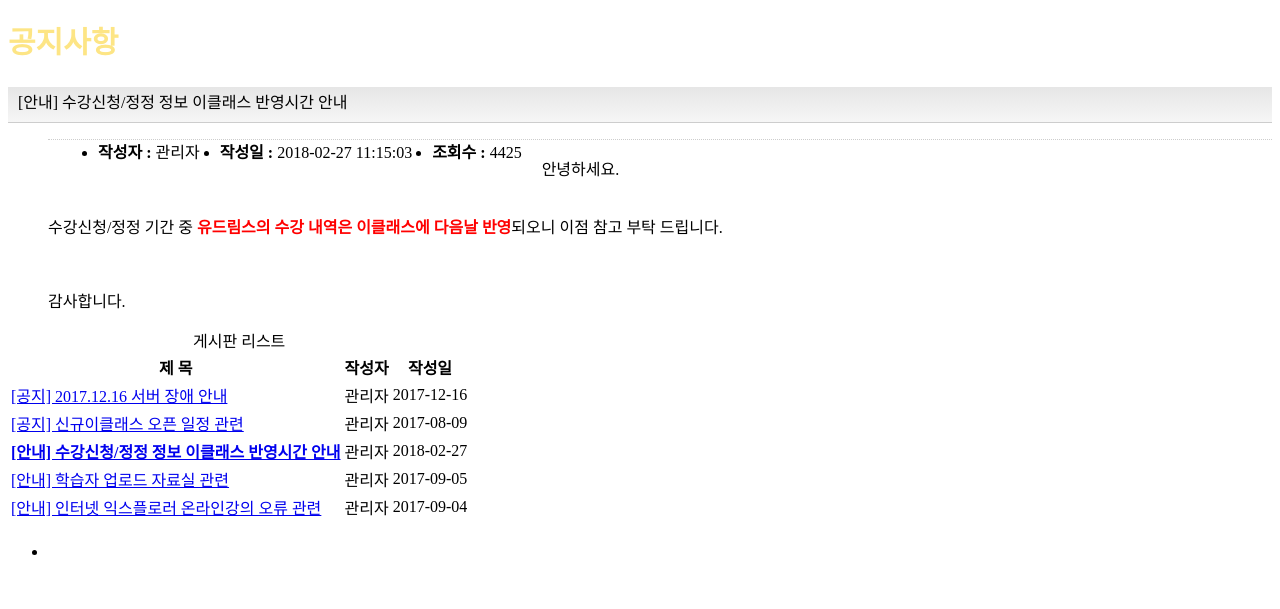
Repository: CSID-DGU/2019-1-CECD3-FFChain-2
Page: http://localhost/icip.app/WEB-INF/jsp/icip/notice/noticeView.jsp
These files come from the project's save history. The page is drawn as it stood at one moment and after the next save; the edit follows.
The browser window is 1280 px wide. The pictures show the whole page.
The page is served by Tomcat 9. Nobody is signed in. Other server files are loaded and not shown. The template is opened directly, without the code that normally fills it, so the values that code supplies are empty.

Above is the page before, as saved 2019-08-19 11:23:23.

### icip.app/src/main/webapp/WEB-INF/jsp/icip/notice/noticeView.jsp
<%@ page contentType="text/html; charset=utf-8" pageEncoding="utf-8"%>
<%@ taglib prefix="fmt" uri="http://java.sun.com/jsp/jstl/fmt"%>
<%@ taglib prefix="c" uri="http://java.sun.com/jsp/jstl/core"%>
<%@ taglib prefix="form" uri="http://www.springframework.org/tags/form"%>
<%@ taglib uri="http://java.sun.com/jsp/jstl/functions" prefix="fn"%>
<%@ taglib prefix="spring" uri="http://www.springframework.org/tags"%>
<!DOCTYPE html PUBLIC "-//W3C//DTD HTML 4.01 Transitional//EN" "http://www.w3.org/TR/html4/loose.dtd">
<html>
<head>
</head>
<style>
#listBox div.listContent > dd > ul > li
{
    float: left;
    margin-right: 20px;
}
#listBox div.listContent dd.info {
    padding: 0 10px;
    border-bottom: 1px dotted #cdcdcd;
}
#listBox div.listContent dt {
    padding: 5px 10px;
    border-bottom: 1px solid #cdcdcd;
    line-height: 22px;
    min-height: 25px;
    background: #e6e6e6;
    background: -webkit-gradient(linear, 0 0, 0 bottom, from(#e6e6e6), to(#f6f6f6));
    background: -webkit-linear-gradient(#e6e6e6, #f6f6f6);
    background: -moz-linear-gradient(#e6e6e6, #f6f6f6);
    background: -ms-linear-gradient(#e6e6e6, #f6f6f6);
    background: -o-linear-gradient(#e6e6e6, #f6f6f6);
    background: linear-gradient(#e6e6e6, #f6f6f6);
}
</style>
<body>
<div style = "padding-top: 10px; font-size:30px; padding-bottom:25px; color : #fde585; font-weight:bold " >
공지사항
</div>
<div id="listBox">
				<div class="listContent">
				<dt>
						 [안내] 수강신청/정정 정보 이클래스 반영시간 안내
				</dt>
						<dd class="info">
							<ul class="fl ml10">
							</ul>
							<ul class="fr mr10">
							<li><b>작성자 :</b> <span id="suserinfo" style="" onclick="javascript:learnerInfo('admin1');">관리자</span></li>
							<li><b>작성일 :</b> 2018-02-27 11:15:03</li>
							<li class="m0"><b>조회수 :</b> 4425</li>
							</ul>
						</dd>
						<dd>
							<div class="cont"><p>안녕하세요. </p><p><br>수강신청/정정 기간 중 <strong><span style="color: rgb(255, 0, 0);">유드림스의 수강 내역은 </span><font color="#ff0000">이클래스에 다음날 반영</font></strong>되오니 이점 참고 부탁 드립니다.</p><p><br></p><p>감사합니다.<br></p></div>

						</dd>
						</dl>

							<div class="answerArea">

						</div>
					</div>

						<div id="listBox">
						</div><table class="boardListBasic" summary="게시판 리스트입니다.">
							<caption>게시판 리스트</caption>
							<thead>
								<tr class="odd-row">
									<th class="first">제 목</th>
									<th>작성자</th>
									<th class="last">작성일</th>
								</tr>
							</thead>
							<tbody>

									<tr class="odd-row">
											<td class="textLeft first">
												<div style="margin-left: 0px;" align="absmiddle" alt="">
													<a href="#;" onclick="javascript:moveBoardView('BOAD_171216110316331d7655', '0')">

															[공지] 2017.12.16 서버 장애 안내
													</a>
												</div>
											</td>
											<td>
												관리자
											</td>
											<td class="last">
												2017-12-16
											</td>
										</tr>

										<tr>
											<td class="textLeft first">
												<div style="margin-left: 0px;" align="absmiddle" alt="">
													<a href="#;" onclick="javascript:moveBoardView('BOAD_170809131412cfe20003', '0')">

															[공지] 신규이클래스 오픈 일정 관련
													</a>
												</div>
											</td>
											<td>
												관리자
											</td>
											<td class="last">
												2017-08-09
											</td>
										</tr>
										<tr class="odd-row">
											<td class="textLeft first">
												<div style="margin-left: 0px;" align="absmiddle" alt="">
													<a href="#;" onclick="javascript:moveBoardView('BOAD_180227111503550900e1', '0')">

															<b><i class="icon-arrow-small-black"></i>[안내] 수강신청/정정 정보 이클래스 반영시간 안내</b>
													</a>
												</div>
											</td>
											<td>
												관리자
											</td>
											<td class="last">
												2018-02-27
											</td>
										</tr>

										<tr>
											<td class="textLeft first">
												<div style="margin-left: 0px;" align="absmiddle" alt="">
													<a href="#;" onclick="javascript:moveBoardView('BOAD_170905182259ef57201b', '0')">

															[안내] 학습자 업로드 자료실 관련
													</a>
												</div>
											</td>
											<td>
												관리자
											</td>
											<td class="last">
												2017-09-05
											</td>
										</tr>

										<tr class="odd-row">
											<td class="textLeft first">
												<div style="margin-left: 0px;" align="absmiddle" alt="">
													<a href="#;" onclick="javascript:moveBoardView('BOAD_170904164429ea1c03c0', '0')">

															[안내] 인터넷 익스플로러 온라인강의 오류 관련
													</a>
												</div>
											</td>
											<td>
												관리자
											</td>
											<td class="last">
												2017-09-04
											</td>
										</tr>
							</tbody>
						</table>
						<ul class="btnBox">
								<li style =" padding-left : 500px">
									<a class="btn small" href="noticeList.do" style="color: white;">
										<i class="icon-report-small-color"></i>
										목 록
									</a>
								</li>
							</ul>
<script>
//목록
function fn_cancel(){

    var form = document.getElementById("viewForm");

    form.action = "<c:url value='noticeList.do'/>";
    form.submit();

}

//수정
function fn_update(){

    var form = document.getElementById("viewForm");

    form.action = "<c:url value='updateNotice.do'/>";
    form.submit();
}
</script>
</div>
</body>
</html>

After the next save:
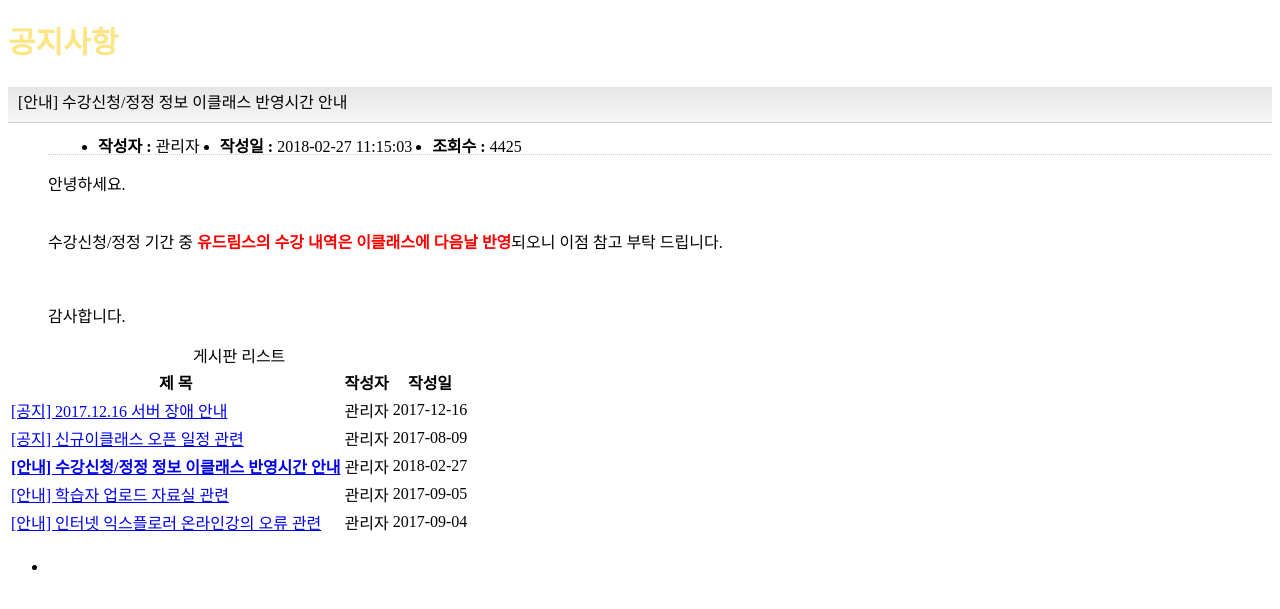
Saved 119 s later.
--- a/icip.app/src/main/webapp/WEB-INF/jsp/icip/notice/noticeView.jsp
+++ b/icip.app/src/main/webapp/WEB-INF/jsp/icip/notice/noticeView.jsp
@@ -17,6 +17,8 @@
 #listBox div.listContent dd.info {
     padding: 0 10px;
     border-bottom: 1px dotted #cdcdcd;
+    height:15px;
+    line-height:15px;
 }
 #listBox div.listContent dt {
     padding: 5px 10px;
